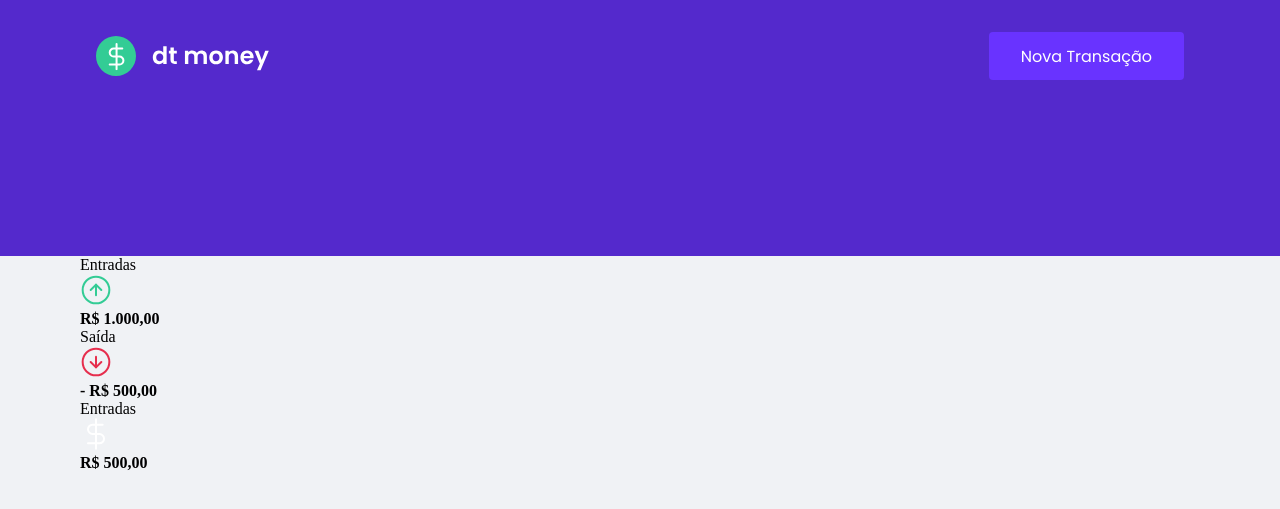
Repository: viniciusfg05/vlmoney
Page: /
These files come from the project's save history. The page is drawn as it stood at one moment and after the next save; the edit follows.
The browser window is 1280 px wide. The pictures show the whole page.
The project was rebuilt for these pictures with package versions that can differ from the ones it lists, and the page was loaded fresh each time.

Above is the page before, as saved 2022-02-21 14:27:25.

After the next save:
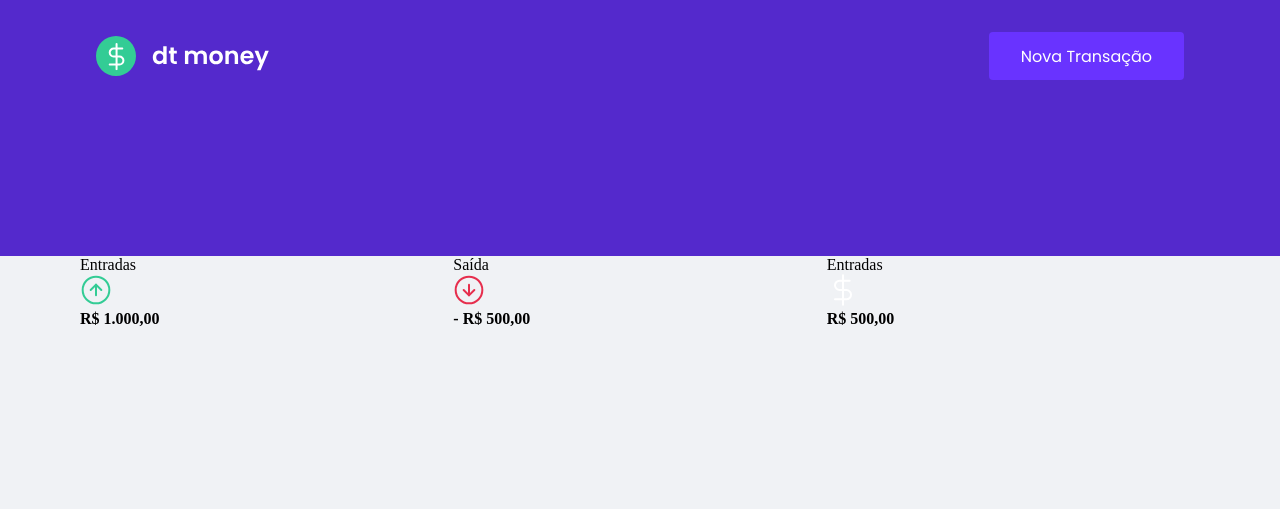
Saved 21 s later.
--- a/src/components/summary/styles.ts
+++ b/src/components/summary/styles.ts
@@ -1,6 +1,6 @@
 import styled from "styled-components";
 
  export const Container = styled.div`
-
   display: grid;
+  grid-template-columns: repeat(3, 1fr);
  `;
